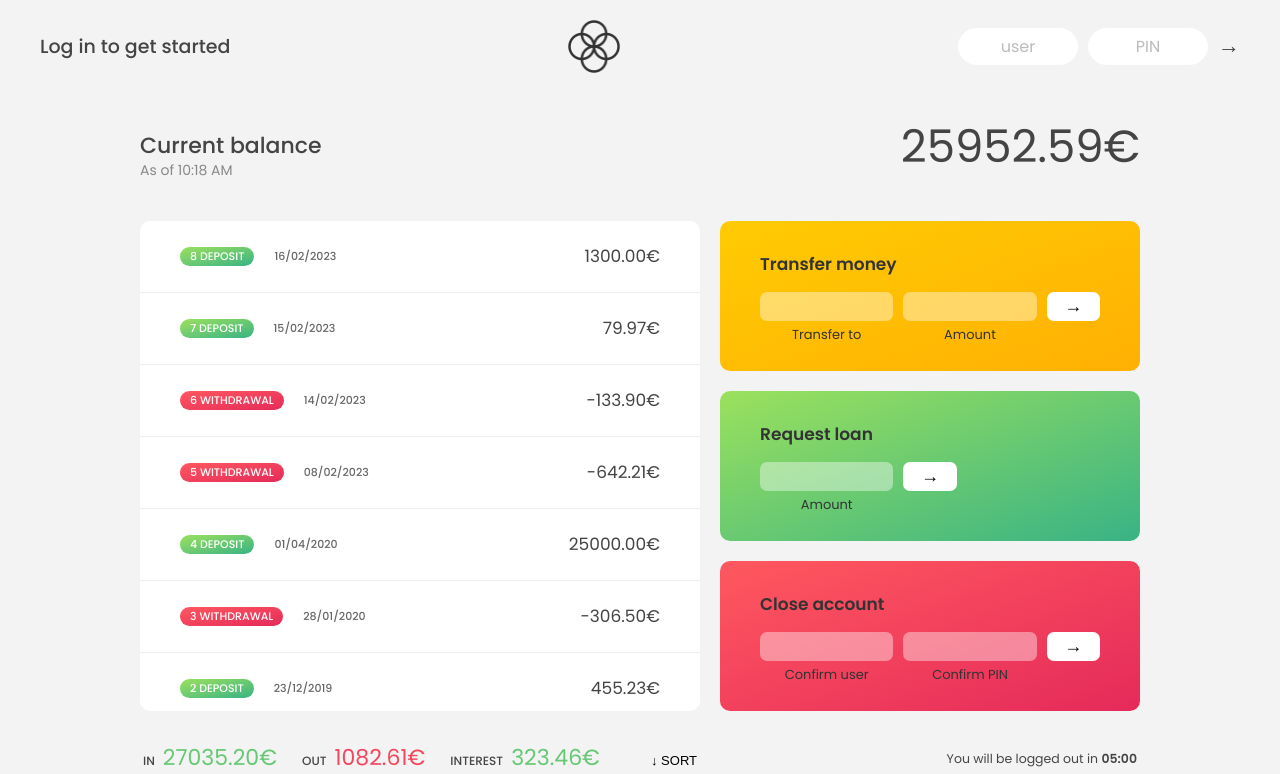
Repository: otvertka/jsc_12
Page: index.html
These files come from the project's save history. The page is drawn as it stood at one moment and after the next save; the edit follows.
The browser window is 1280 px wide. The pictures show the whole page.
An inner scrolling area shows only its first screen.

Above is the page before, as saved 2023-02-17 13:00:17.

### index.html
<!DOCTYPE html>
<html lang="en">
  <head>
    <meta charset="UTF-8" />
    <meta name="viewport" content="width=device-width, initial-scale=1.0" />
    <meta http-equiv="X-UA-Compatible" content="ie=edge" />
    <link rel="shortcut icon" type="image/png" href="/icon.png" />

    <link
      href="https://fonts.googleapis.com/css?family=Poppins:400,500,600&display=swap"
      rel="stylesheet"
    />

    <link rel="stylesheet" href="style.css" />
    <title>Bankist</title>
  </head>
  <body>
    <!-- TOP NAVIGATION -->
    <nav>
      <p class="welcome">Log in to get started</p>
      <img src="logo.png" alt="Logo" class="logo" />
      <form class="login">
        <input
          type="text"
          placeholder="user"
          class="login__input login__input--user"
        />
        <!-- In practice, use type="password" -->
        <input
          type="text"
          placeholder="PIN"
          maxlength="4"
          class="login__input login__input--pin"
        />
        <button class="login__btn">&rarr;</button>
      </form>
    </nav>

    <main class="app">
      <!-- BALANCE -->
      <div class="balance">
        <div>
          <p class="balance__label">Current balance</p>
          <p class="balance__date">
            As of <span class="date">05/03/2037</span>
          </p>
        </div>
        <p class="balance__value">0000€</p>
      </div>

      <!-- MOVEMENTS -->
      <div class="movements">
        <div class="movements__row">
          <div class="movements__type movements__type--deposit">2 deposit</div>
          <div class="movements__date">3 days ago</div>
          <div class="movements__value">4 000€</div>
        </div>
        <div class="movements__row">
          <div class="movements__type movements__type--withdrawal">
            1 withdrawal
          </div>
          <div class="movements__date">24/01/2037</div>
          <div class="movements__value">-378€</div>
        </div>
      </div>

      <!-- SUMMARY -->
      <div class="summary">
        <p class="summary__label">In</p>
        <p class="summary__value summary__value--in">0000€</p>
        <p class="summary__label">Out</p>
        <p class="summary__value summary__value--out">0000€</p>
        <p class="summary__label">Interest</p>
        <p class="summary__value summary__value--interest">0000€</p>
        <button class="btn--sort">&downarrow; SORT</button>
      </div>

      <!-- OPERATION: TRANSFERS -->
      <div class="operation operation--transfer">
        <h2>Transfer money</h2>
        <form class="form form--transfer">
          <input type="text" class="form__input form__input--to" />
          <input type="number" class="form__input form__input--amount" />
          <button class="form__btn form__btn--transfer">&rarr;</button>
          <label class="form__label">Transfer to</label>
          <label class="form__label">Amount</label>
        </form>
      </div>

      <!-- OPERATION: LOAN -->
      <div class="operation operation--loan">
        <h2>Request loan</h2>
        <form class="form form--loan">
          <input type="number" class="form__input form__input--loan-amount" />
          <button class="form__btn form__btn--loan">&rarr;</button>
          <label class="form__label form__label--loan">Amount</label>
        </form>
      </div>

      <!-- OPERATION: CLOSE -->
      <div class="operation operation--close">
        <h2>Close account</h2>
        <form class="form form--close">
          <input type="text" class="form__input form__input--user" />
          <input
            type="password"
            maxlength="6"
            class="form__input form__input--pin"
          />
          <button class="form__btn form__btn--close">&rarr;</button>
          <label class="form__label">Confirm user</label>
          <label class="form__label">Confirm PIN</label>
        </form>
      </div>

      <!-- LOGOUT TIMER -->
      <p class="logout-timer">
        You will be logged out in <span class="timer">05:00</span>
      </p>
    </main>

    <!-- <footer>
      &copy; by Jonas Schmedtmann. Don't claim as your own :)
    </footer> -->

    <script src="script.js"></script>
  </body>
</html>

### script.js
'use strict';

/////////////////////////////////////////////////
/////////////////////////////////////////////////
// BANKIST APP

/////////////////////////////////////////////////
// Data

// DIFFERENT DATA! Contains movement dates, currency and locale

const account1 = {
  owner: 'Jonas Schmedtmann',
  movements: [200, 455.23, -306.5, 25000, -642.21, -133.9, 79.97, 1300],
  interestRate: 1.2, // %
  pin: 1111,

  movementsDates: [
    '2019-11-18T21:31:17.178Z',
    '2019-12-23T07:42:02.383Z',
    '2020-01-28T09:15:04.904Z',
    '2020-04-01T10:17:24.185Z',
    '2023-02-08T14:11:59.604Z',
    '2023-02-14T17:01:17.194Z',
    '2023-02-15T23:36:17.929Z',
    '2023-02-16T10:51:36.790Z',
  ],
  currency: 'EUR',
  locale: 'pt-PT', // de-DE
};

const account2 = {
  owner: 'Jessica Davis',
  movements: [5000, 3400, -150, -790, -3210, -1000, 8500, -30],
  interestRate: 1.5,
  pin: 2222,

  movementsDates: [
    '2019-11-01T13:15:33.035Z',
    '2019-11-30T09:48:16.867Z',
    '2019-12-25T06:04:23.907Z',
    '2020-01-25T14:18:46.235Z',
    '2020-02-05T16:33:06.386Z',
    '2020-04-10T14:43:26.374Z',
    '2020-06-25T18:49:59.371Z',
    '2020-07-26T12:01:20.894Z',
  ],
  currency: 'USD',
  locale: 'en-US',
};

const accounts = [account1, account2];

/////////////////////////////////////////////////
// Elements
const labelWelcome = document.querySelector('.welcome');
const labelDate = document.querySelector('.date');
const labelBalance = document.querySelector('.balance__value');
const labelSumIn = document.querySelector('.summary__value--in');
const labelSumOut = document.querySelector('.summary__value--out');
const labelSumInterest = document.querySelector('.summary__value--interest');
const labelTimer = document.querySelector('.timer');

const containerApp = document.querySelector('.app');
const containerMovements = document.querySelector('.movements');

const btnLogin = document.querySelector('.login__btn');
const btnTransfer = document.querySelector('.form__btn--transfer');
const btnLoan = document.querySelector('.form__btn--loan');
const btnClose = document.querySelector('.form__btn--close');
const btnSort = document.querySelector('.btn--sort');

const inputLoginUsername = document.querySelector('.login__input--user');
const inputLoginPin = document.querySelector('.login__input--pin');
const inputTransferTo = document.querySelector('.form__input--to');
const inputTransferAmount = document.querySelector('.form__input--amount');
const inputLoanAmount = document.querySelector('.form__input--loan-amount');
const inputCloseUsername = document.querySelector('.form__input--user');
const inputClosePin = document.querySelector('.form__input--pin');

/////////////////////////////////////////////////
// Functions
const formatMovementDate = function (date) {
  const calcDaysPassed = (date1, date2) =>
    Math.round(Math.abs(date2 - date1) / (1000 * 60 * 60 * 24));

  const daysPassed = calcDaysPassed(new Date(), date);
  console.log(daysPassed);

  if (daysPassed === 0) return 'Today';
  if (daysPassed === 1) return 'Yesterday';
  if (daysPassed <= 7) return `${daysPassed} days ago`;

  const now = new Date();
  const day = `${date.getDate()}`.padStart(2, 0); // дата начинается с 01 (2 - колич. цифр, 0 - начало отсчёта)
  const month = `${date.getMonth() + 1}`.padStart(2, 0); // месяц начинается с 01 (2 - колич. цифр, 0 - начало отсчёта)
  const year = date.getFullYear();

  return `${day}/${month}/${year}`;
};

const displayMovements = function (acc, sort = false) {
  containerMovements.innerHTML = '';

  const movs = sort
    ? acc.movements.slice().sort((a, b) => a - b)
    : acc.movements;

  movs.forEach(function (mov, i) {
    const type = mov > 0 ? 'deposit' : 'withdrawal';

    const date = new Date(acc.movementsDates[i]);
    const displayDate = formatMovementDate(date);

    const html = `
      <div class="movements__row">
        <div class="movements__type movements__type--${type}">${
      i + 1
    } ${type}</div>
        <div class="movements__date">${displayDate}</div>
        <div class="movements__value">${mov.toFixed(2)}€</div>
      </div>
    `;

    containerMovements.insertAdjacentHTML('afterbegin', html);
  });
};

const calcDisplayBalance = function (acc) {
  acc.balance = acc.movements.reduce((acc, mov) => acc + mov, 0);
  labelBalance.textContent = `${acc.balance.toFixed(2)}€`;
};

const calcDisplaySummary = function (acc) {
  const incomes = acc.movements
    .filter(mov => mov > 0)
    .reduce((acc, mov) => acc + mov, 0);
  labelSumIn.textContent = `${incomes.toFixed(2)}€`;

  const out = acc.movements
    .filter(mov => mov < 0)
    .reduce((acc, mov) => acc + mov, 0);
  labelSumOut.textContent = `${Math.abs(out).toFixed(2)}€`;

  const interest = acc.movements
    .filter(mov => mov > 0)
    .map(deposit => (deposit * acc.interestRate) / 100)
    .filter((int, i, arr) => {
      // console.log(arr);
      return int >= 1;
    })
    .reduce((acc, int) => acc + int, 0);
  labelSumInterest.textContent = `${interest.toFixed(2)}€`;
};

const createUsernames = function (accs) {
  accs.forEach(function (acc) {
    acc.username = acc.owner
      .toLowerCase()
      .split(' ')
      .map(name => name[0])
      .join('');
  });
};
createUsernames(accounts);

const updateUI = function (acc) {
  // Display movements
  displayMovements(acc);

  // Display balance
  calcDisplayBalance(acc);

  // Display summary
  calcDisplaySummary(acc);
};

///////////////////////////////////////
// Event handlers
let currentAccount;

// FAKE ALWAYS LOGGED IN
currentAccount = account1;
updateUI(currentAccount);
containerApp.style.opacity = 100;

// Experimenting API
const now = new Date();
const options = {
  hour: 'numeric',
  minute: 'numeric',
};
labelDate.textContent = new Intl.DateTimeFormat('en-US', options).format(now); // ПЕреводим в формат страны

btnLogin.addEventListener('click', function (e) {
  // Prevent form from submitting
  e.preventDefault();

  currentAccount = accounts.find(
    acc => acc.username === inputLoginUsername.value
  );
  console.log(currentAccount);

  if (currentAccount?.pin === +inputLoginPin.value) {
    // Display UI and message
    labelWelcome.textContent = `Welcome back, ${
      currentAccount.owner.split(' ')[0]
    }`;
    containerApp.style.opacity = 100;

    // Create current date and time
    const now = new Date();
    const day = `${now.getDate()}`.padStart(2, 0); // дата начинается с 01 (2 - колич. цифр, 0 - начало отсчёта)
    const month = `${now.getMonth() + 1}`.padStart(2, 0); // месяц начинается с 01 (2 - колич. цифр, 0 - начало отсчёта)
    const year = now.getFullYear();
    const hour = `${now.getHours()}`.padStart(2, 0);
    const min = `${now.getMinutes()}`.padStart(2, 0);
    labelDate.textContent = `${day}/${month}/${year}, ${hour}: ${min}`;
    // day/month/year

    // Clear input fields
    inputLoginUsername.value = inputLoginPin.value = '';
    inputLoginPin.blur();

    // Update UI
    updateUI(currentAccount);
  }
});

btnTransfer.addEventListener('click', function (e) {
  e.preventDefault();
  const amount = +inputTransferAmount.value;
  const receiverAcc = accounts.find(
    acc => acc.username === inputTransferTo.value
  );
  inputTransferAmount.value = inputTransferTo.value = '';

  if (
    amount > 0 &&
    receiverAcc &&
    currentAccount.balance >= amount &&
    receiverAcc?.username !== currentAccount.username
  ) {
    // Doing the transfer
    currentAccount.movements.push(-amount);
    receiverAcc.movements.push(amount);

    // Add transfer date
    currentAccount.movementsDates.push(new Date().toISOString()); // добавляем текущую дату в поле транзакций
    receiverAcc.movementsDates.push(new Date().toISOString()); // добавляем текущую дату в поле транзакций

    // Update UI
    updateUI(currentAccount);
  }
});

btnLoan.addEventListener('click', function (e) {
  e.preventDefault();

  const amount = Math.floor(inputLoanAmount.value);

  if (amount > 0 && currentAccount.movements.some(mov => mov >= amount * 0.1)) {
    // Add movement
    currentAccount.movements.push(amount);

    //  добавляем текущую дату в поле кредитов
    currentAccount.movementsDates.push(new Date().toISOString()); // добавляем текущую дату в поле транзакций

    // Update UI
    updateUI(currentAccount);
  }
  inputLoanAmount.value = '';
});

btnClose.addEventListener('click', function (e) {
  e.preventDefault();

  if (
    inputCloseUsername.value === currentAccount.username &&
    +inputClosePin.value === currentAccount.pin
  ) {
    const index = accounts.findIndex(
      acc => acc.username === currentAccount.username
    );
    console.log(index);
    // .indexOf(23)

    // Delete account
    accounts.splice(index, 1);

    // Hide UI
    containerApp.style.opacity = 0;
  }

  inputCloseUsername.value = inputClosePin.value = '';
});

let sorted = false;
btnSort.addEventListener('click', function (e) {
  e.preventDefault();
  displayMovements(currentAccount.movements, !sorted);
  sorted = !sorted;
});

/////////////////////////////////////////////////
/////////////////////////////////////////////////
// LECTURES #1 Converting and Checking Numbers

console.log(23 === 23.0); // true
// Base 10 - 0 to 9
// Binary base 2 - 0 1
console.log(0.1 + 0.2); // 0.30000000000000004
console.log(0.1 + 0.2 === 0.3); // false

console.log(Number('23')); // 23
console.log(+'23'); // 23

// Parsing   Метод Number.parseInt() разбирает строковый аргумент и возвращает целое число. Этот метод ведёт себя идентично глобальной функции parseInt() и является частью ECMAScript 6 (его целью является модуляризация глобальных сущностей).
console.log(Number.parseInt('30px')); //30
// Метод Number.parseFloat() разбирает строковый аргумент и возвращает число с плавающей запятой.
console.log(Number.parseInt(' 2.5rem')); // 2
console.log(Number.parseFloat(' 2.5rem')); // 2.5

// console.log(parseFloat(' 2.5rem')); // 2.5

// Метод Number.isNaN() определяет, является ли переданное значение NaN. Это более надёжная версия оригинальной глобальной функции isNaN().
// Проверка, на значение is NaN
console.log(Number.isNaN(20)); // false
console.log(Number.isNaN('20')); // false
console.log(Number.isNaN(+'20X')); // true
console.log(Number.isNaN(23 / 0)); // Infinity// false

// Метод Number.isFinite() определяет, является ли переданное значение конечным числом.
// Проверка, это число или нет
console.log(Number.isFinite(20)); // true
console.log(Number.isFinite('20')); // false , т.к. это строка
console.log(Number.isFinite(+'20X')); // false
console.log(Number.isFinite(23 / 0)); // false ,  т.к. это Infinity

// Метод Number.isInteger() определяет, является ли переданное значение целым числом.
console.log(Number.isInteger(23)); // true
console.log(Number.isInteger(23.0)); // true
console.log(Number.isInteger(23 / 0)); // Infinity// false

/// LECT Math and Rounding
console.log(Math.sqrt(25)); // 5
console.log(25 ** (1 / 2)); // 5
console.log(8 ** (1 / 3)); // 2  кубический корень из 8 = 2

console.log(Math.max(5, 18, 23, 11, 2)); // 23
console.log(Math.max(5, 18, '23', 11, 2)); // 23
console.log(Math.max(5, 18, '23px', 11, 2)); // NaN

console.log(Math.min(5, 18, 23, 11, 2)); // 2

console.log(Math.PI * Number.parseFloat('10px') ** 2); // 314.1592653589793 . Считаем площадь круга, радиусом 10px

console.log(Math.trunc(Math.random() * 6) + 1); // Сгенерировать произвольные числа от 1- 5
// Функция генерирования случайных чисел в диапазоне мин - макс
const randomInt = (min, max) =>
  Math.floor(Math.random() * (max - min) + 1) + min;
// 0...1 -> 0...(max - min) -> min... max
console.log(randomInt(-10, 20));

// Округление целых чисел
console.log(Math.trunc(23)); // 23

console.log(Math.round(23.3)); // 23
console.log(Math.round(23.9)); // 24

console.log(Math.ceil(23.3)); // 24
console.log(Math.ceil(23.9)); // 24

console.log(Math.floor(23.3)); // 23
console.log(Math.floor('23.9')); // 23

console.log(Math.trunc(-23.3)); // - 23
console.log(Math.floor(-23.3)); // -24

// Округление десятичных чисел
console.log((2.7).toFixed(0)); // 3 возвращает СТРОКУ 3
console.log((2.7).toFixed(3)); // 2.700 возвращает СТРОКУ 3
console.log((2.345).toFixed(2)); // 2.35 возвращает СТРОКУ
console.log(+(2.345).toFixed(2)); // 2.35 возвращает ЧИСЛО

// LECT The Remainder Operator. Остаток от деления
console.log(5 % 2); // 1
console.log(8 % 3); // 2

console.log(6 % 2); // 0

const isEven = n => n % 2 === 0;
console.log(isEven(8)); // true
console.log(isEven(23)); // false
console.log(isEven(514)); // true

labelBalance.addEventListener('click', function () {
  [...document.querySelectorAll('.movements__row')].forEach(function (row, i) {
    // 0 , 2, 4, 6
    if (i % 2 === 0) row.style.backgroundColor = ' orangered'; //
    // 0, 3, 6, 9
    if (i % 3 === 0) row.style.backgroundColor = ' blue';
  });
});

// LECT . Numeric Separators . числовые разделители
// 287,460,000,000
const diametr = 287_460_000_000;
console.log(diametr); // 287460000000

const priceCents = 345_99;
console.log(priceCents); // 34599

const transferFee1 = 15_00;
const transferFee2 = 1_500;

const PI = 3.1415;
console.log(PI); /// 3.1415

console.log(Number('230_000')); // NaN
console.log(parseInt('230_000')); // 230

//  LECT . Working with BigInt. BigInt – это специальный числовой тип, который предоставляет возможность работать с целыми числами произвольной длины. Чтобы создать значение типа BigInt, необходимо добавить n в конец числового литерала или вызвать функцию BigInt, которая создаст число типа BigInt из переданного аргумента. Аргументом может быть число, строка и др.
console.log(2 ** 53 - 1); // 9007199254740991
console.log(Number.MAX_SAFE_INTEGER); // 9007199254740991
console.log(2 ** 53 + 1); // 9007199254740992
console.log(2 ** 53 + 2); // 9007199254740994
console.log(2 ** 53 + 3); // 9007199254740996
console.log(2 ** 53 + 4); // 9007199254740996

console.log(4932423432434234234234234234324234234234n);
console.log(BigInt(49324));

// Operations
console.log(10000n + 10000n); // 20000n
console.log(365435435345345435345345345435345n * 10000000n); // 3654354353453454353453453454353450000000n

const huge = 20289830233434343434n;
const num = 23;
// console.log(huge * num); // Ошибка. т.к. нельзя смешивать BigInt  другими типами
console.log(huge * BigInt(num)); // После конвертации будет работать 466666095368989898982n

// Исключения
console.log(20n > 15); // true
console.log(20n === 20); // false , т.к. разные типы
console.log(typeof 20n); // bigint
console.log(20n == '20'); // true

//
console.log(huge + ' is REALLY big !! ');

// Divisions.
console.log(11n / 3n); // 3n
console.log(10 / 3); // 3.3333333333333335

// LECT Creating Dates
// Create a date
// const now = new Date();
// console.log(now);

// console.log(new Date('Thu Feb 16 2023 15:12:06'));
// console.log(new Date('December 24, 2015'));
// console.log(new Date(account1.movementsDates[0]));

// console.log(new Date(2037, 10, 19, 15, 23, 5));
// console.log(new Date(2037, 10, 31)); // Tue Dec 01 , а не ноябрь

// console.log(new Date(0)); // Thu Jan 01 1970 03:00:00
// console.log(new Date(3 * 24 * 60 * 60 * 1000)); // Sun Jan 04 1970 03:00:00

// Working with Dates
// const future = new Date(2037, 10, 19, 15, 23, 5);
// console.log(future);
// console.log(future.getFullYear()); // 2037
// console.log(future.getMonth()); // 10
// console.log(future.getDay()); // 4
// console.log(future.getHours()); // 15
// console.log(future.getMinutes()); // 23
// console.log(future.getSeconds()); // 5
// console.log(future.toISOString()); // 2037-11-19T13:23:05.000Z
// console.log(future.getTime());

// console.log(new Date(2142249785000)); // Thu Nov 19 2037 15:23:05 GMT+0200 (Восточная Европа, стандартное время)

// console.log(Date.now()); // 1676554023559

// future.setFullYear(2040);
// console.log(future); // Mon Nov 19 2040 15:23:05 GMT+0200 (Восточная Европа, стандартное время)

// LECT Operations With Dates
const future = new Date(2037, 10, 19, 15, 23, 5);
console.log(+future);

const cacDaysPassed = (date1, date2) =>
  Math.abs(date2 - date1) / (1000 * 60 * 60 * 24);

const days1 = cacDaysPassed(new Date(2037, 3, 4), new Date(2037, 3, 14));
console.log(days1);

Loaded but not shown: style.css (297 lines, source omitted)

After the next save:
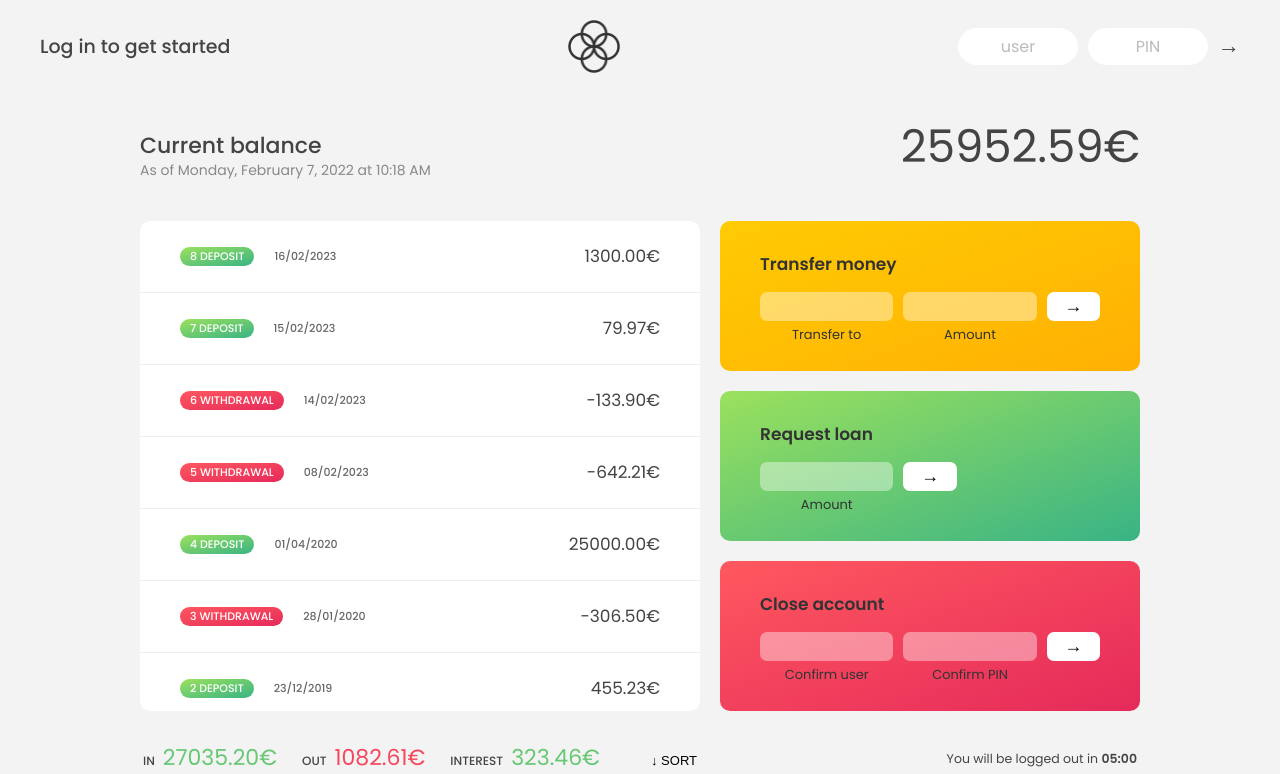
Saved 3 min 4 s later.
--- a/script.js
+++ b/script.js
@@ -189,6 +189,10 @@ const now = new Date();
 const options = {
   hour: 'numeric',
   minute: 'numeric',
+  day: 'numeric',
+  month: 'long',
+  year: 'numeric',
+  weekday: 'long',
 };
 labelDate.textContent = new Intl.DateTimeFormat('en-US', options).format(now); // ПЕреводим в формат страны
 
